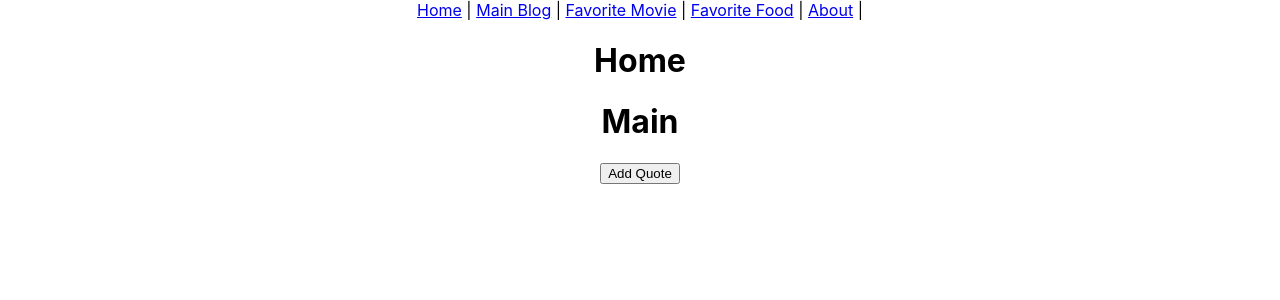
Repository: cerebrium/blogreact
Page: /
The author's editor kept a copy of each file at every save. The page is drawn from the files as they stood at one save, then again after the next save.
The browser window is 1280 px wide. The pictures show the whole page.
The project was rebuilt for these pictures with package versions that can differ from the ones it lists, and the page was loaded fresh each time. Also part of the build but not shown: src/Mainblog.jsx, src/FavoriteMovie.jsx, src/FavoriteFood.jsx, src/About.jsx.

Above is the page before, as saved 2019-10-31 17:12:36.

After the next save:
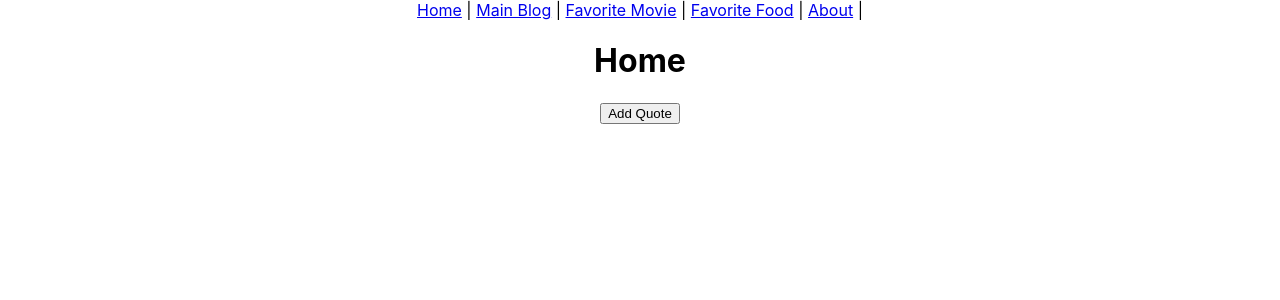
Saved 14 s later.
--- a/src/Home.jsx
+++ b/src/Home.jsx
@@ -5,7 +5,6 @@ function Home (props) {
     return (
         <>
         <h1>Home</h1>
-            <h1>Main</h1>
             <button onClick={props.clickFunc}>Add Quote</button>
         </>
     )
